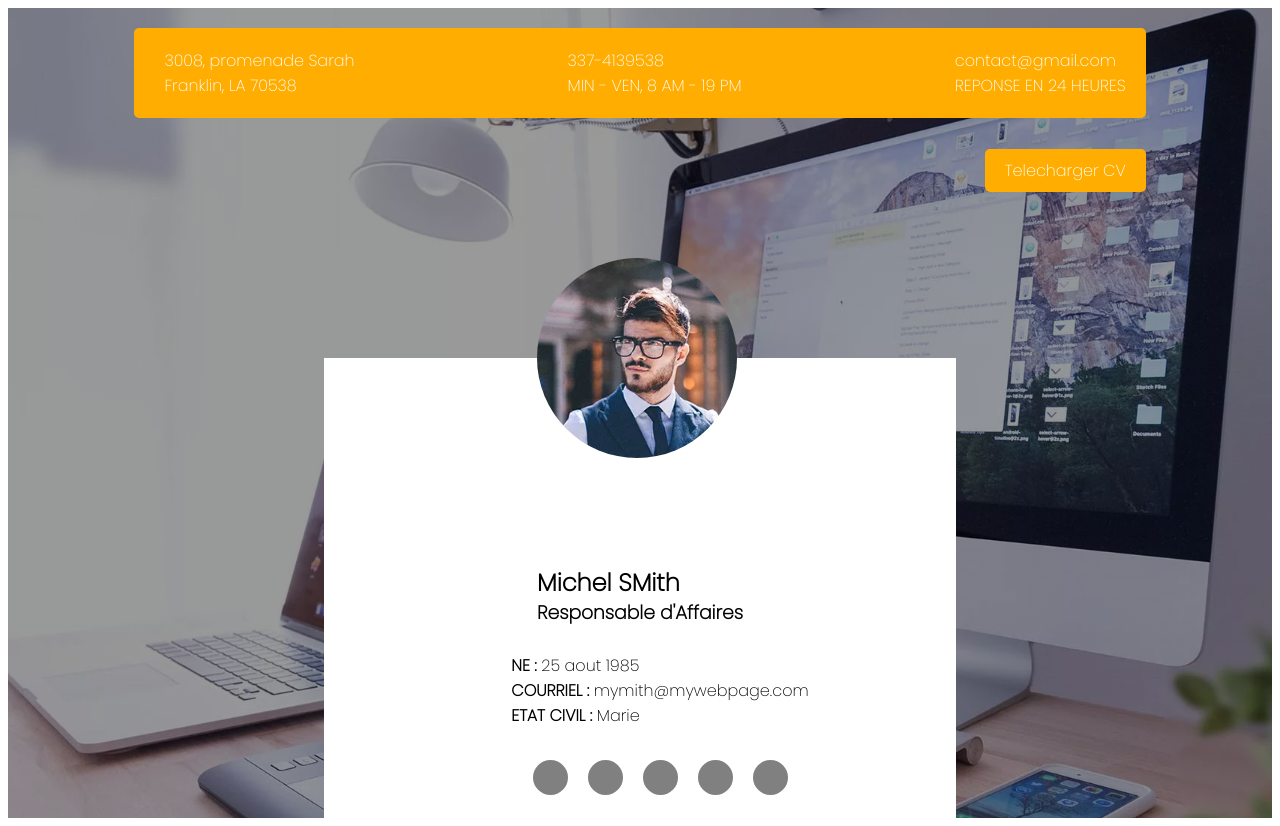
Repository: wadelfadill/CV_PORTFOLIO
Page: index.html
The author's editor kept a copy of each file at every save. The page is drawn from the files as they stood at one save, then again after the next save.
The browser window is 1280 px wide. The pictures show the whole page.
Some icons come from a web library that is not loaded, so they are not drawn. Backgrounds fixed to the window are drawn as part of the page.

Above is the page before, as saved 2023-03-14 09:56:53.

After the next save:
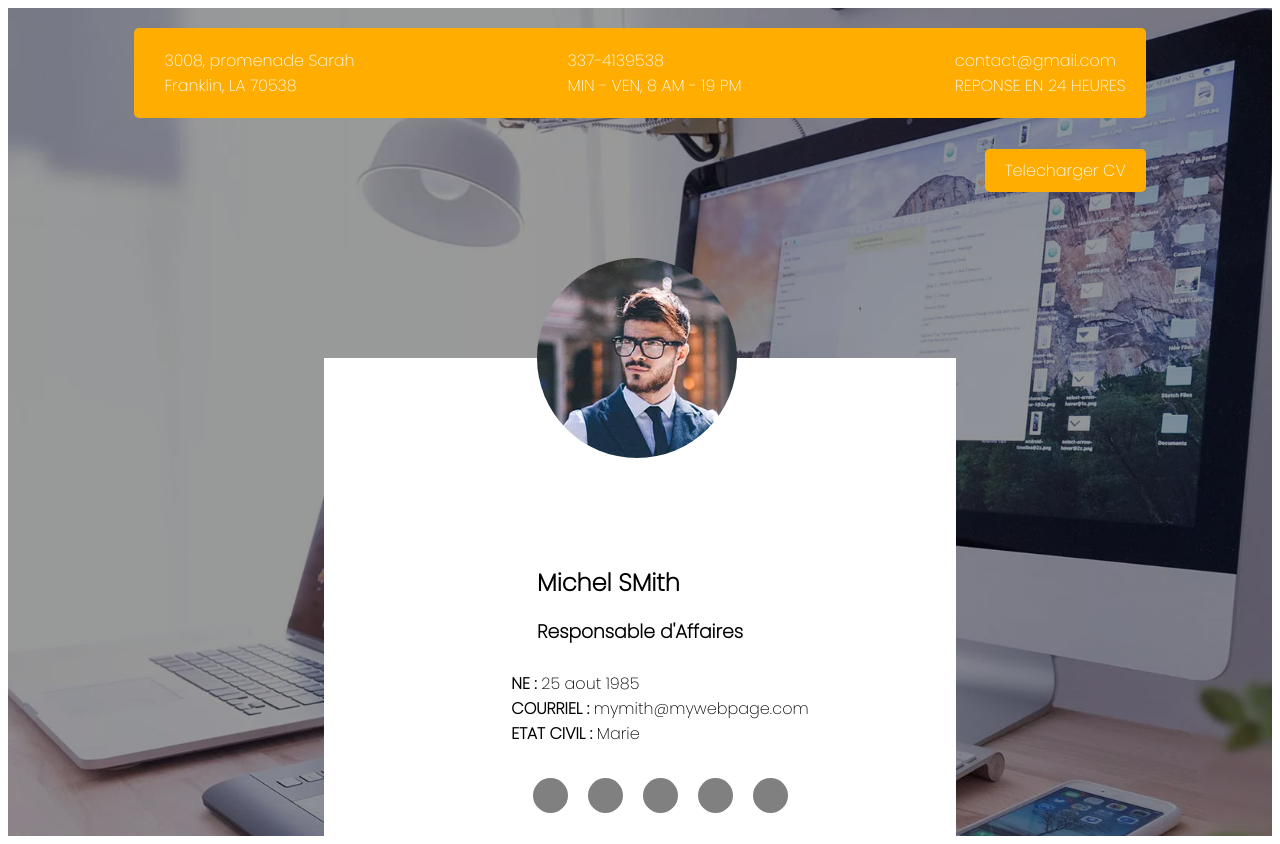
Saved 44 s later.
--- a/style.css
+++ b/style.css
@@ -116,5 +116,7 @@ li{
 }
 .img{
     line-height: 10px;
-    gap: 10px;
+    display: flex;
+    flex-direction: column;
+    justify-content: flex-start;
 }
